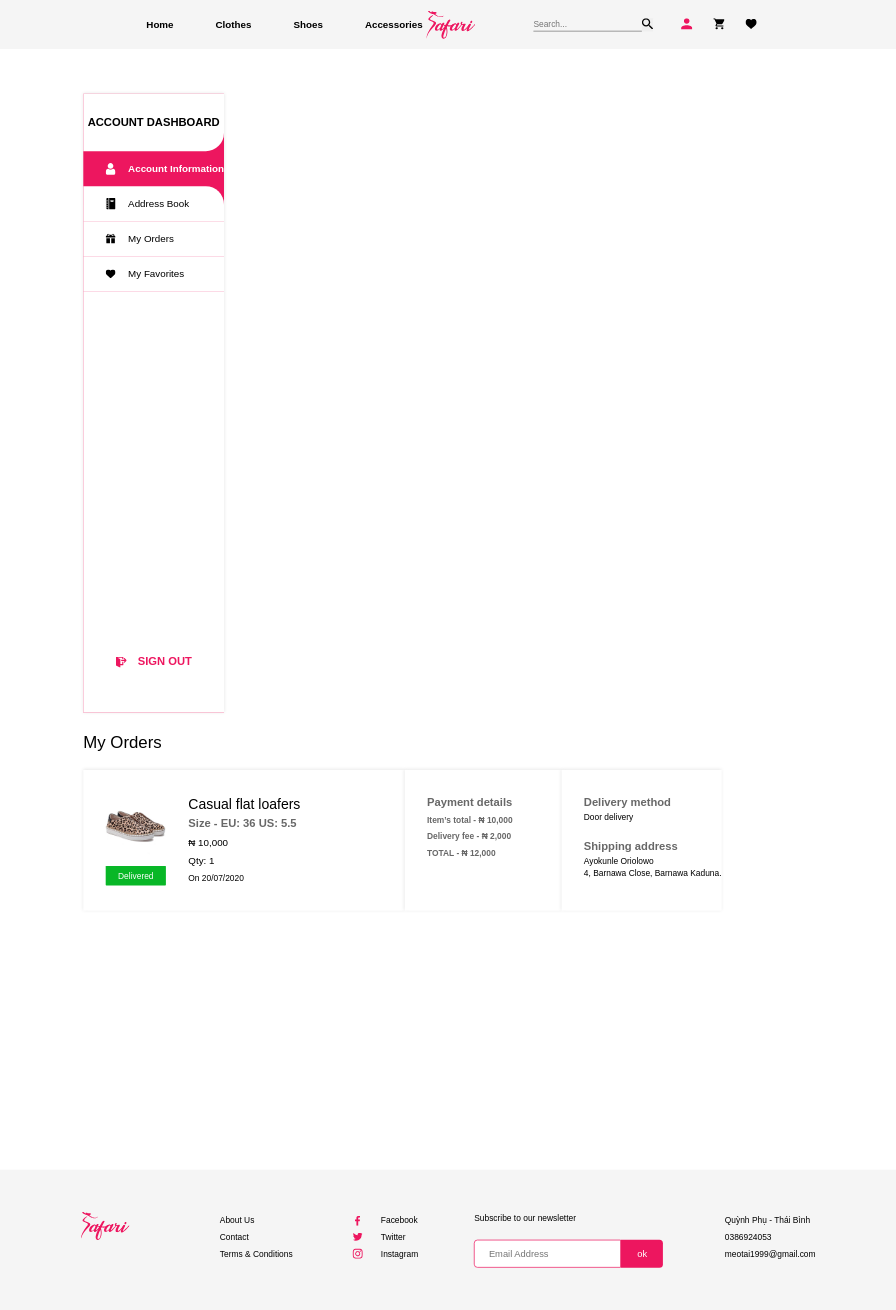
Repository: tboy1999/safari
Page: views/user.html
The author's editor kept a copy of each file at every save. The page is drawn from the files as they stood at one save, then again after the next save.
The browser window is 1280 px wide. The pictures show the whole page, at 70% of full size.
Some web libraries are served in a nearby version. The style sheet was rebuilt from its Sass, Less or Tailwind sources for each picture, by a compiler version that may differ from the author's.

Above is the page before, as saved 2022-04-28 17:31:34.

After the next save:
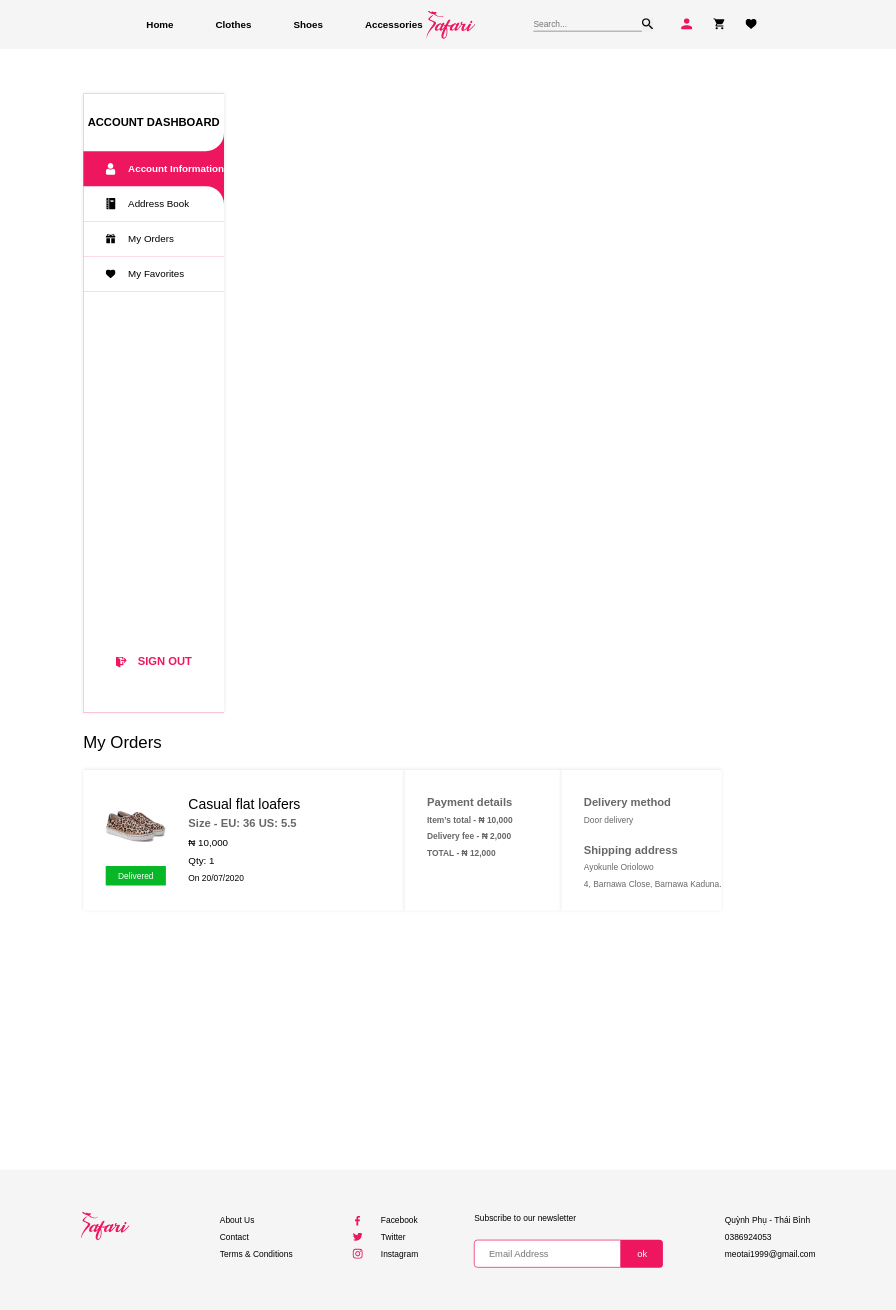
Saved 42 s later.
--- a/scss/user.scss
+++ b/scss/user.scss
@@ -152,6 +152,10 @@
       .my-orders__top {
         margin-bottom: 20px;
       }
+      p {
+        line-height: calc(24/12);
+        color: #686868
+      }
     }
   }
 }
